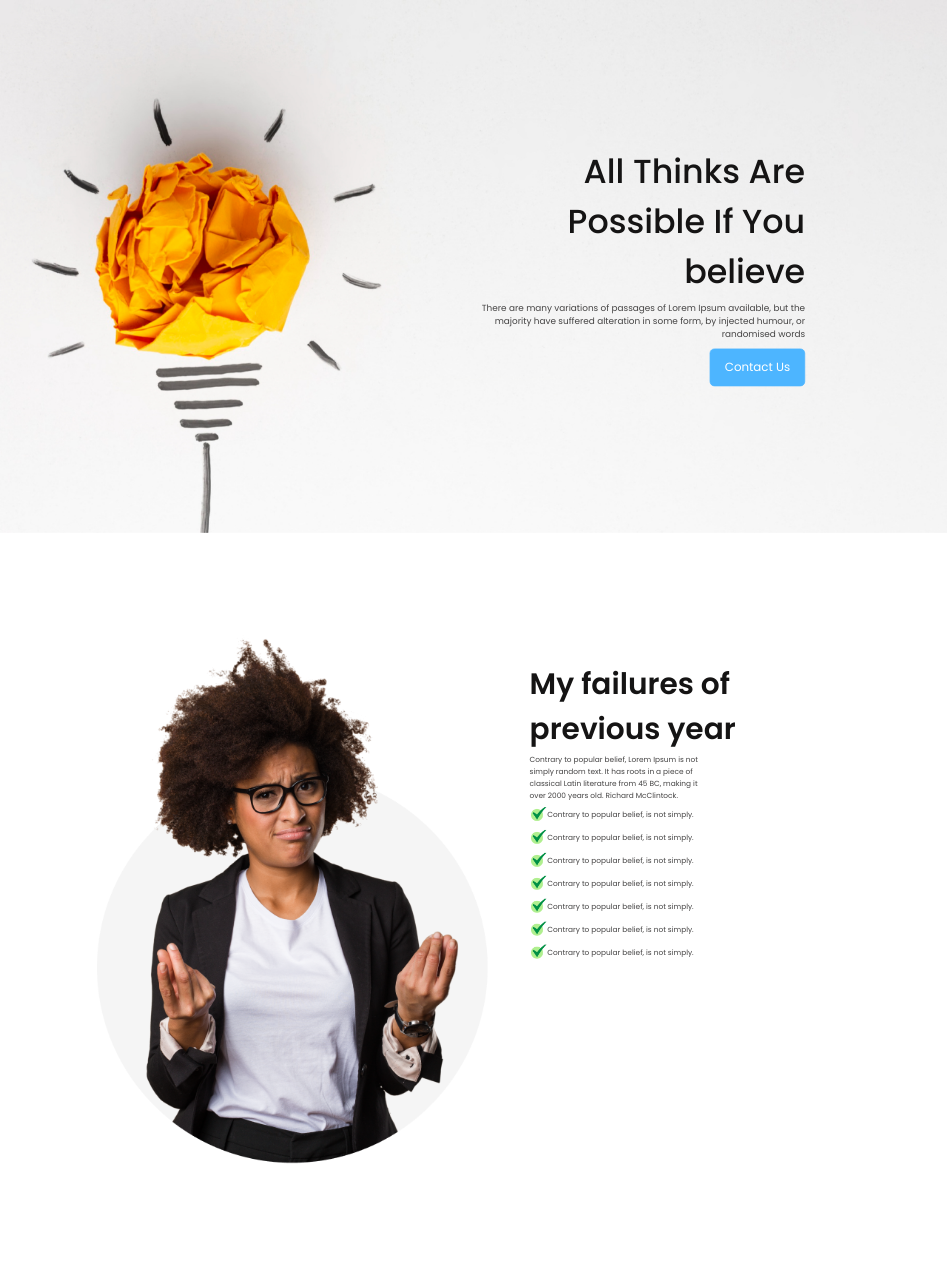
Repository: mdrubel02/new-year-new-mission
Page: index.html
The author's editor kept a copy of each file at every save. The page is drawn from the files as they stood at one save, then again after the next save.
The browser window is 1280 px wide. The pictures show the whole page, at 74% of full size.

Above is the page before, as saved 2023-01-06 23:07:10.

After the next save:
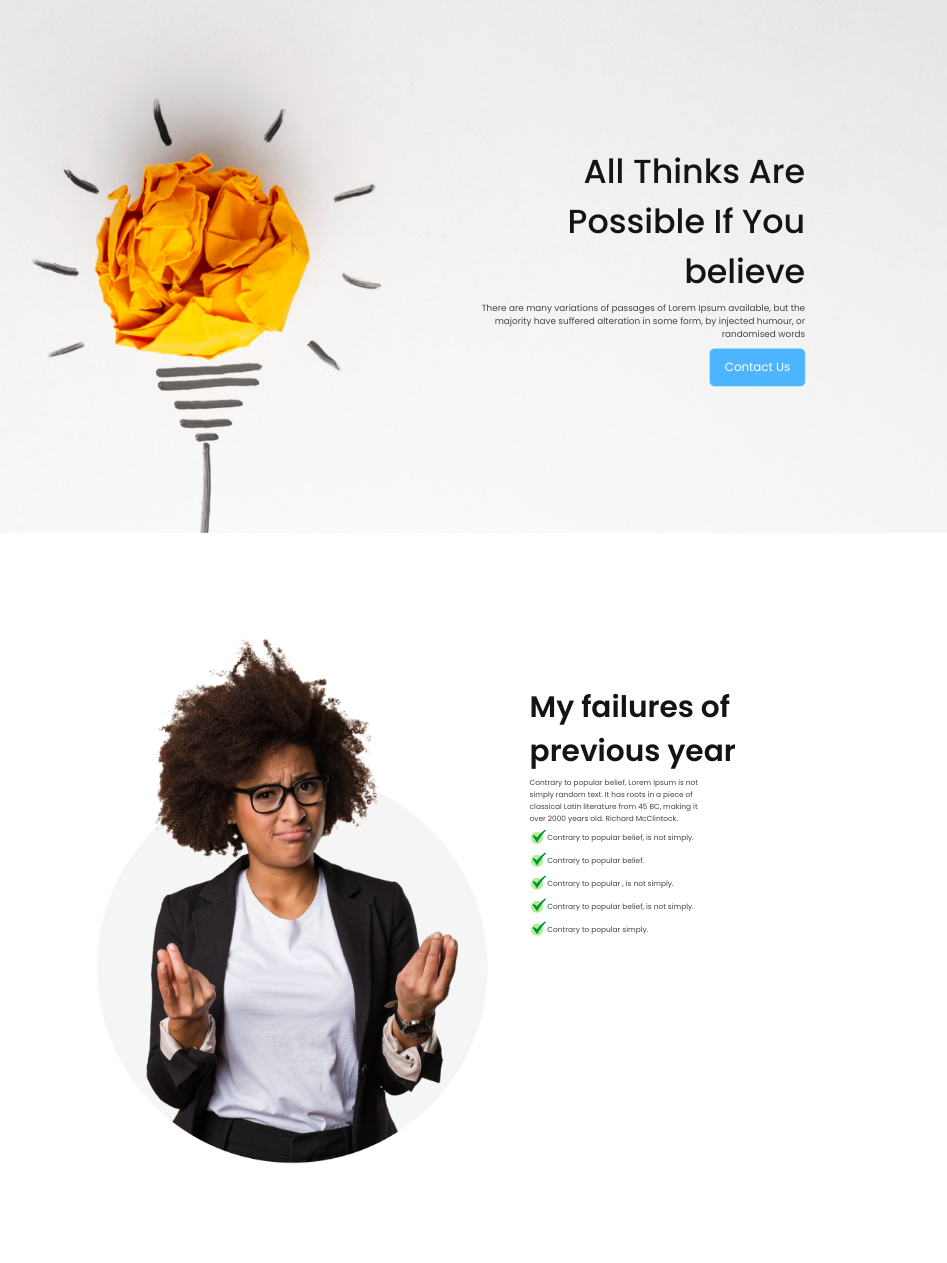
Saved 109 s later.
--- a/index.html
+++ b/index.html
@@ -32,13 +32,10 @@
                 <p>Contrary to popular belief, Lorem Ipsum is not simply random text. It has roots in a piece of classical Latin literature from 45 BC, making it over 2000 years old. Richard McClintock.</p>
                 <ul>
                     <li class="experience-item"><span><img src="/images/check-mark.png" alt=""></span> <p>Contrary to popular belief, is not simply.</p></li>
+                    <li class="experience-item"><span><img src="/images/check-mark.png" alt=""></span> <p>Contrary to popular belief.</p></li>
+                    <li class="experience-item"><span><img src="/images/check-mark.png" alt=""></span> <p>Contrary to popular , is not simply.</p></li>
                     <li class="experience-item"><span><img src="/images/check-mark.png" alt=""></span> <p>Contrary to popular belief, is not simply.</p></li>
-                    <li class="experience-item"><span><img src="/images/check-mark.png" alt=""></span> <p>Contrary to popular belief, is not simply.</p></li>
-                    <li class="experience-item"><span><img src="/images/check-mark.png" alt=""></span> <p>Contrary to popular belief, is not simply.</p></li>
-                    <li class="experience-item"><span><img src="/images/check-mark.png" alt=""></span> <p>Contrary to popular belief, is not simply.</p></li>
-                    <li class="experience-item"><span><img src="/images/check-mark.png" alt=""></span> <p>Contrary to popular belief, is not simply.</p></li>
-                    <li class="experience-item"><span><img src="/images/check-mark.png" alt=""></span> <p>Contrary to popular belief, is not simply.</p></li>
-
+                    <li class="experience-item"><span><img src="/images/check-mark.png" alt=""></span> <p>Contrary to popular simply.</p></li>
                 </ul>
             </div>
         </div>
